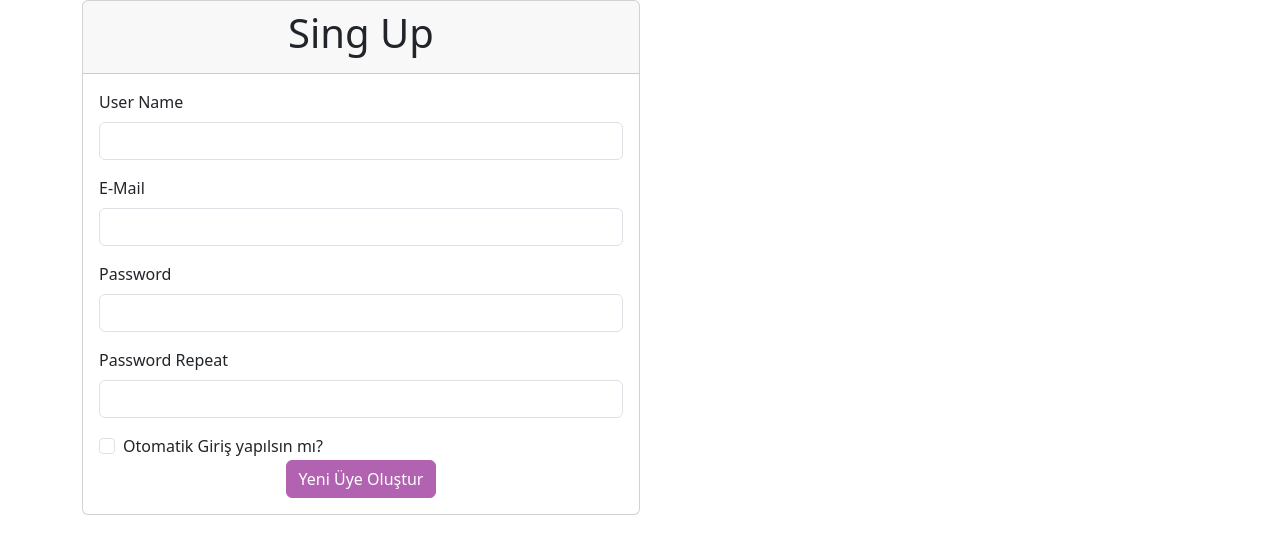
Repository: gursoyfahrettin20/startupProjectWeb
Page: /
An editor plug-in stored every save of this project. The page is shown before and after the next save, followed by the edit.
The browser window is 1280 px wide. The pictures show the whole page.
The project was rebuilt for these pictures with package versions that can differ from the ones it lists, and the page was loaded fresh each time. Also part of the build but not shown: vite.config.js.

Above is the page before, as saved 2024-01-18 00:06:44.

### index.html
<!doctype html>
<html lang="en">
  <head>
    <meta charset="UTF-8" />
    <link rel="icon" type="image/svg+xml" href="/vite.svg" />
    <meta name="viewport" content="width=device-width, initial-scale=1.0" />
    <title>Başlangıç Projesi</title>
  </head>
  <body>
    <div id="root"></div>
    <script type="module" src="/src/index.jsx"></script>
  </body>
</html>

### src/index.jsx
import * as React from 'react';
import { StrictMode } from 'react';
import { createRoot } from 'react-dom/client';
import SignUp from "./pages/SignUp"
import './index.scss'

const rootElement = document.getElementById('root');
const root = createRoot(rootElement);

root.render(
  <StrictMode>
    <SignUp/>
  </StrictMode>,
)

### src/pages/SignUp/index.jsx
import React, { useState, useEffect } from 'react';
import _ from 'lodash';
import { Spin } from 'antd';
import { LoadingOutlined } from '@ant-design/icons';
import { singUp } from "../../api/apiCalls.js";
import { FormItem } from "../../components/formItem/formItem.jsx";

function index() {
    const [username, setUsername] = useState();
    const [email, setEmail] = useState();
    const [password, setPassword] = useState();
    const [passwordRepeat, setPasswordRepeat] = useState();
    const [succesMessage, setSuccesMessage] = useState();
    const [submittable, setSubmittable] = useState(false);
    const [apiProgress, setApiProgress] = useState(false);
    const [errors, setErrors] = useState({});
    const [generalErrors, setGeneralErrors] = useState({});

    useEffect(() => {
        setErrors({})
    }, [username])

    const onSubmit = async (event) => {
        event.preventDefault();
        setSuccesMessage();
        setGeneralErrors();
        setApiProgress(true);
        const data = {
            username: username,
            email: email,
            password: password
        };
        try {
            const response = await singUp(data);
            setSuccesMessage(response.data?.message)
            setUsername();
            setPassword();
            setPasswordRepeat();
            setEmail();
        } catch (responseError) {
            if (responseError.response?.data && responseError.response?.data.status === 400) {
                setErrors(responseError.response?.data.validationErrors)
            }
            else {
                setGeneralErrors("Tahmin Edilemeyen Hatalarda gösterilecektir. / Unexpected error occured. Pleace try again.");
            }
        } finally {
            setApiProgress(false);
        }
    }

    // TODO: Sign Up butonu disabled durumlarına bakıyor.
    useEffect(() => {
        let _submittable = false;
        if (_.isUndefined(password) || _.isNull(password) || _.isEmpty(password)) {
            _submittable = false;
        } else if (password === passwordRepeat) {
            _submittable = true;
        }
        setSubmittable(_submittable);
    });


    return (
        <div className='container'>
            <form className='card col-lg-6' onSubmit={onSubmit}>
                <div className='col-lg-12'>
                    <div className='text-center card-header'>
                        <h1>Sing Up</h1>
                    </div>
                    <div className='card-body col-lg-12'>
                        <FormItem
                            name="username"
                            label="User Name"
                            errors={errors.username}
                            onChange={(e) => setUsername(e.target.value)}
                        />
                        <FormItem
                            name="email"
                            label="E-Mail"
                            errors={errors.email}
                            onChange={(e) => setEmail(e.target.value)}
                        />
                        <FormItem
                            name="password"
                            label="Password"
                            errors={errors.password}
                            type="password"
                            onChange={(e) => setPassword(e.target.value)}
                        />
                        <FormItem
                            name="passwordRepeat"
                            label="Password Repeat"
                            errors={errors.passwordRepeat}
                            type="password"
                            onChange={(e) => setPasswordRepeat(e.target.value)}
                        />
                        <div className="form-check">
                            <input className="form-check-input" type="checkbox" value="" id="flexCheckDefault"/>
                                <label className="form-check-label" htmlFor="flexCheckDefault">
                                   Otomatik Giriş yapılsın mı?
                                </label>
                        </div>
                        <div className='text-center'>
                            <button className='btn btn-primary' disabled={apiProgress ? apiProgress : !submittable}>
                                <Spin style={{ display: apiProgress ? "inline" : "none" }}
                                    indicator={<LoadingOutlined style={{ fontSize: 24, marginRight: 15 }} spin />} />
                                {apiProgress ? "Yeni Üye Oluşturuluyor..." : "Yeni Üye Oluştur"}
                            </button>
                        </div>
                    </div>
                </div>
            </form >
        </div >
    );
}
export default index;

### src/index.scss
$primary: #818;

@import "../node_modules/bootstrap/scss/bootstrap.scss";

### src/api/apiCalls.js
import axios from "axios";

export const changeLanguage = lang => {
    axios.defaults.headers['accept-language'] = lang;
}

export const getBaseUrl = () => {
     return import.meta.env.VITE_REACT_APP_REST_SERVICE_URL;
}

export const saveUser = body => {
    return axios.post(getBaseUrl() + '/users', body);
}

export const singUp = body => {
    return axios.post(getBaseUrl() + '/users', body);
}

export const login = data => {
    return axios.post(getBaseUrl() + '/auth', {}, {auth: data});
}

export const getUsers = (page, size) => {
    return axios.get(getBaseUrl() + `/users?currentPage=${page ? page : 0}&pageSize=${size ? size : 3}`);
}

export const setAuthorizationHeader = ({username, password, isLoggedIn}) => {
    if (isLoggedIn) {
        let authorizationHeaderValue = `Basic ${btoa(username + ':' + password)}`
        axios.defaults.headers['Authorization'] = authorizationHeaderValue;
    } else {
        delete axios.defaults.headers['Authorization'];
    }
}

export const getUser = (userName) => {
    return axios.get(getBaseUrl() + `/users/${userName}`);
}

export const updateUser = (userName, body) => {
    return axios.put(getBaseUrl() + `/users/${userName}`, body);
}

export const postHoax = hoax => {
    return axios.post(getBaseUrl() + "/hoaxes", hoax);
}

export const getHoaxes = (userName, page = 0) => {
    const path = userName ? `/users/${userName}/hoaxes?currentPage=` : "/hoaxes?currentPage="
    return axios.get(getBaseUrl() + path + page);
}

export const getOldHoaxes = (id, userName) => {
    const path = userName ? `/users/${userName}/hoaxes/${id}` : `/hoaxes/${id}`;
    return axios.get(getBaseUrl() + path);
}

### src/components/formItem/formItem.jsx
import React, { useState } from 'react';

export function FormItem({ name, label, onChange, errors, type }) {

    return (
        <div className='mb-3'>
            <label className='form-label' htmlFor={name}> {label} </label>
            <input id={name} className={errors ? 'form-control is-invalid' : 'form-control'} type={type ? type : "text"} onChange={onChange} />
            <div className='invalid-feedback'>{errors}</div>
        </div>
    );
}

export default FormItem;

After the next save:
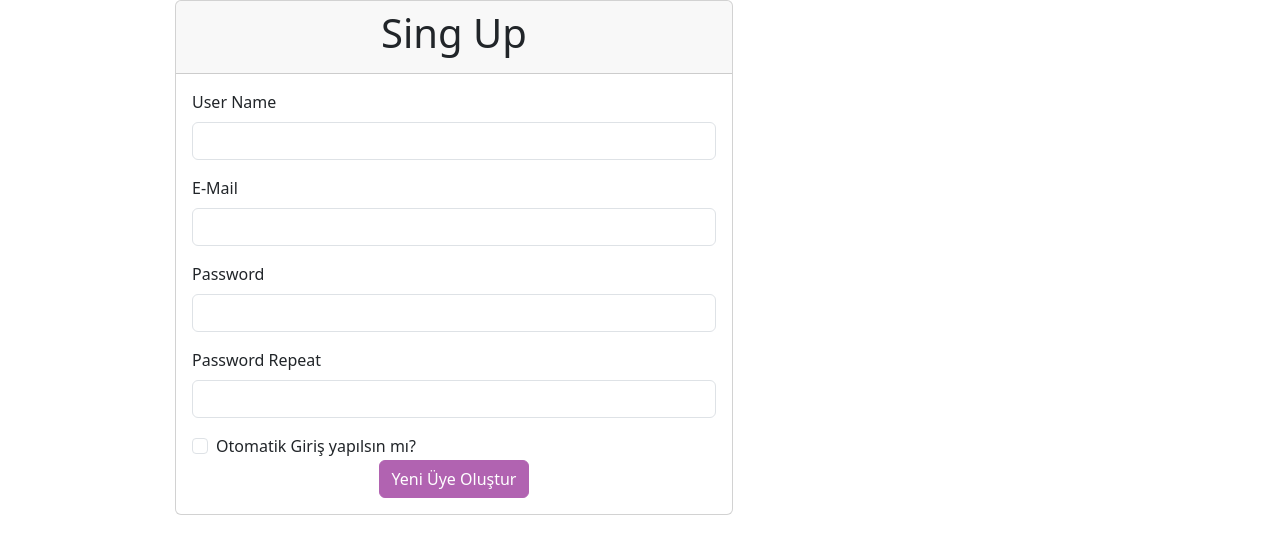
Saved 14 s later.
--- a/src/pages/SignUp/index.jsx
+++ b/src/pages/SignUp/index.jsx
@@ -63,7 +63,7 @@ function index() {
 
     return (
         <div className='container'>
-            <form className='card col-lg-6' onSubmit={onSubmit}>
+            <form className='card col-lg-6 offset-lg-1 col-sm-8 offset-sm-2' onSubmit={onSubmit}>
                 <div className='col-lg-12'>
                     <div className='text-center card-header'>
                         <h1>Sing Up</h1>
